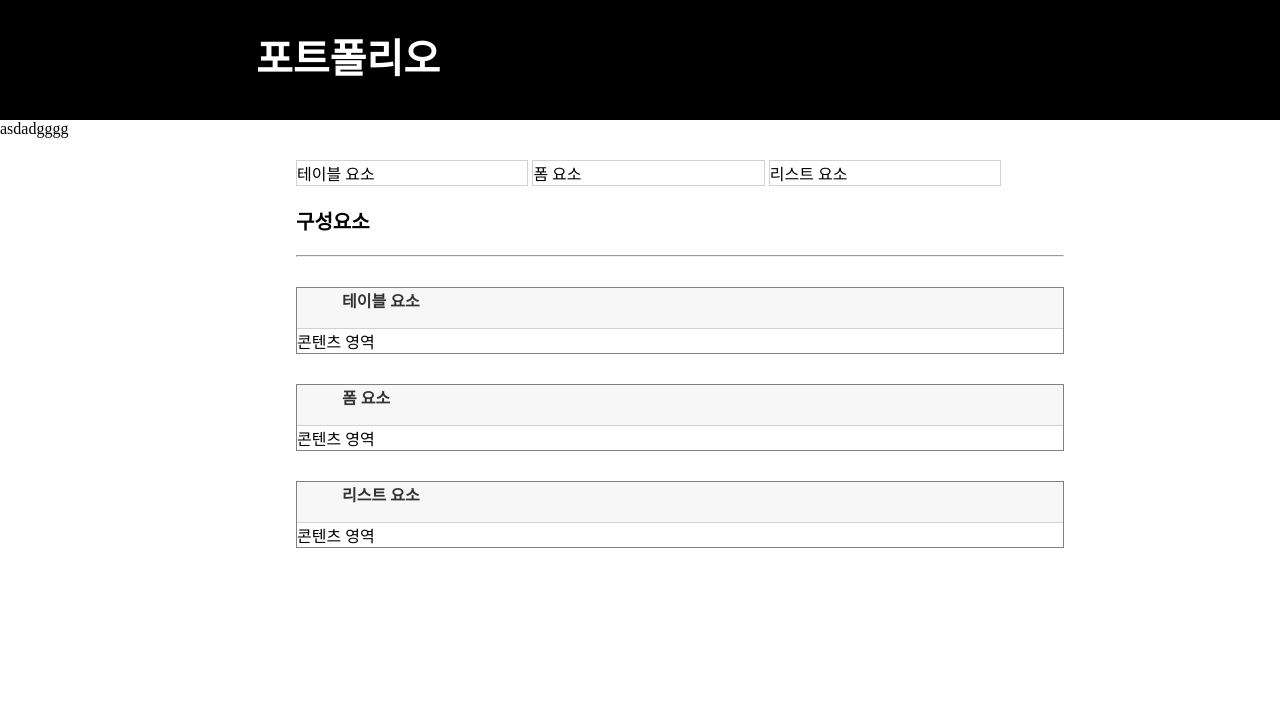
Repository: ItChoi/CSS-Study
Page: Css/WebContent/html/boostcourse/project-A1/portfolio.html
An editor plug-in stored every save of this project. The page is shown before and after the next save, followed by the edit.
The browser window is 1280 px wide. The pictures show the whole page.

Above is the page before, as saved 2019-06-18 10:47:43.

After the next save:
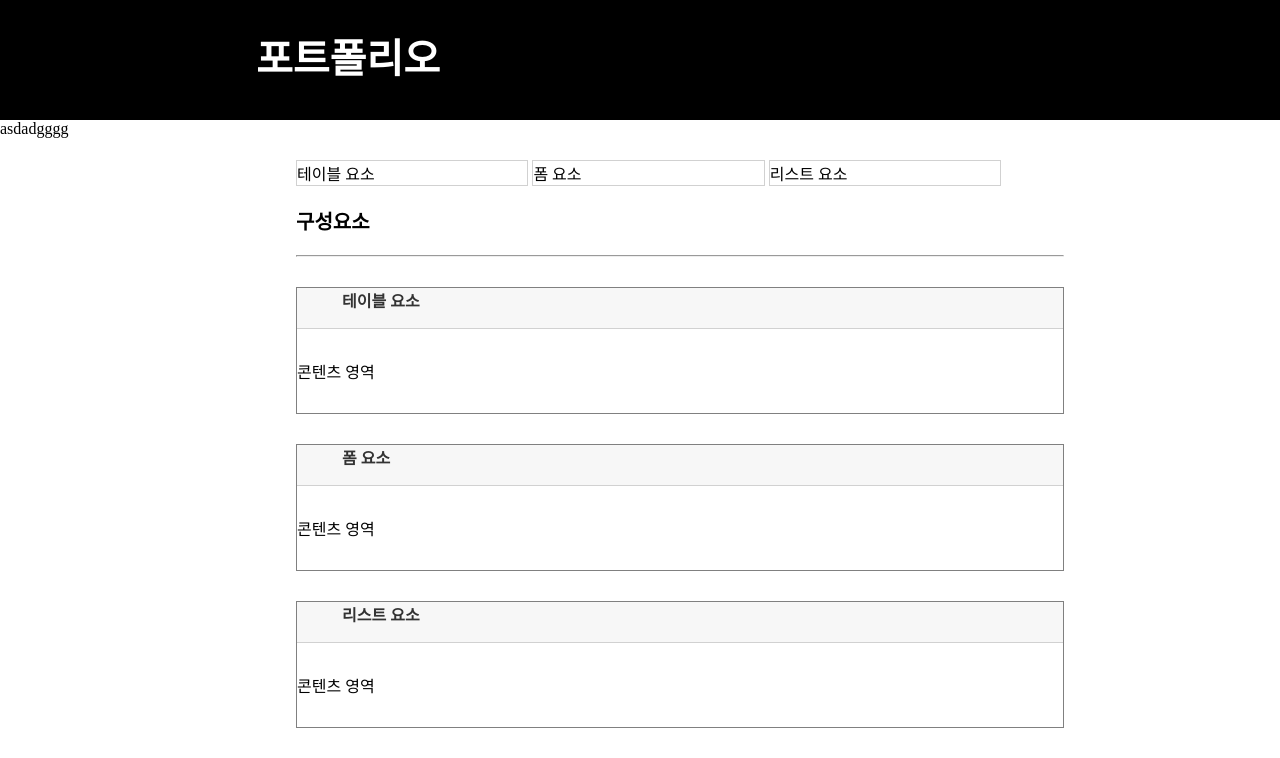
Saved 11 s later.
--- a/Css/WebContent/css/boostcourse/project-A1/portfolio.css
+++ b/Css/WebContent/css/boostcourse/project-A1/portfolio.css
@@ -89,5 +89,6 @@ hr {
 }
 
 .ele_content {
-
+	margin-top: 30px;
+	margin-bottom: 30px;
 }
